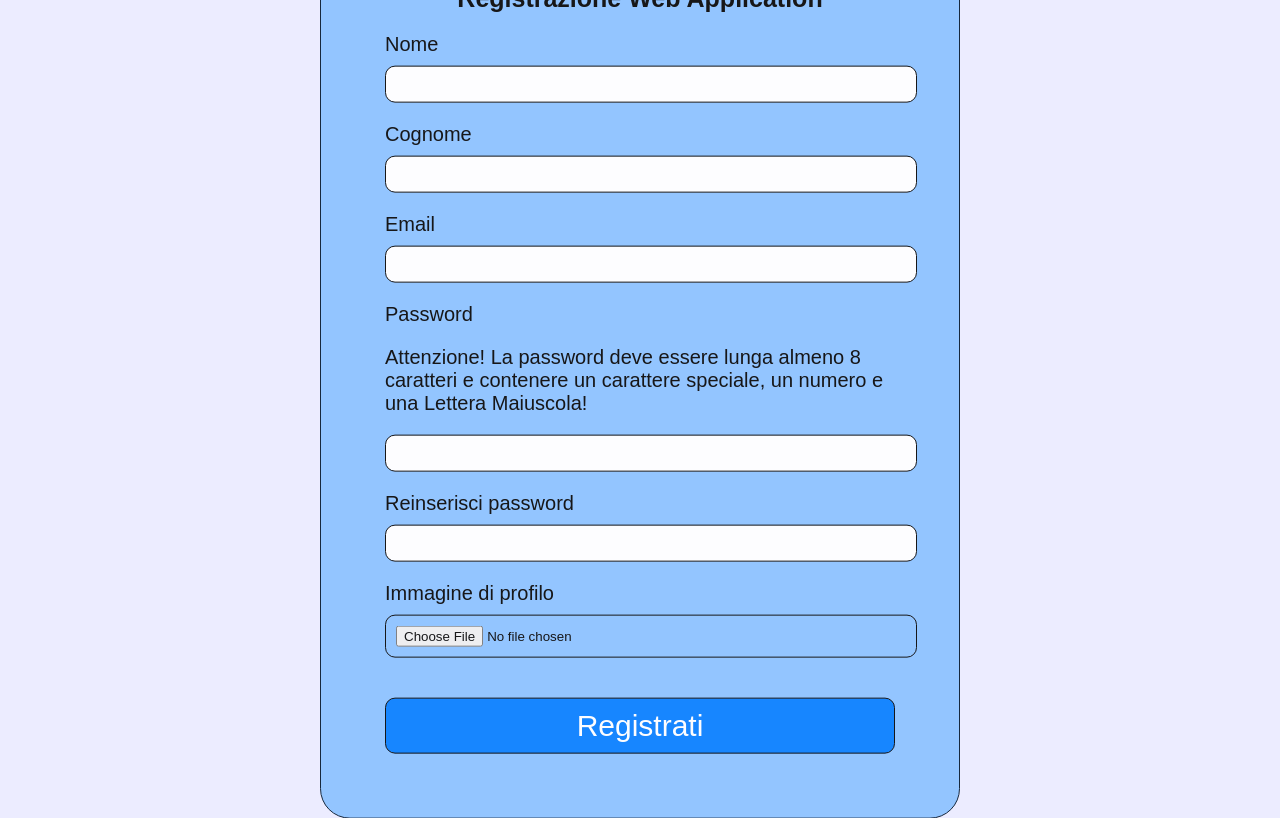
Repository: GabrielCellammare/WebApplication-SA-CyberSecurity
Page: http://localhost/WebProject-CellammareGabriel_ApplicationSecurity_/registration.jsp
An editor plug-in stored every save of this project. The page is shown before and after the next save, followed by the edit.
The browser window is 1280 px wide. The pictures show the whole page.
The page is served by Tomcat 9. Nobody is signed in. The application's start-up code is not run.

Above is the page before, as saved 2024-03-09 07:49:34.

After the next save:
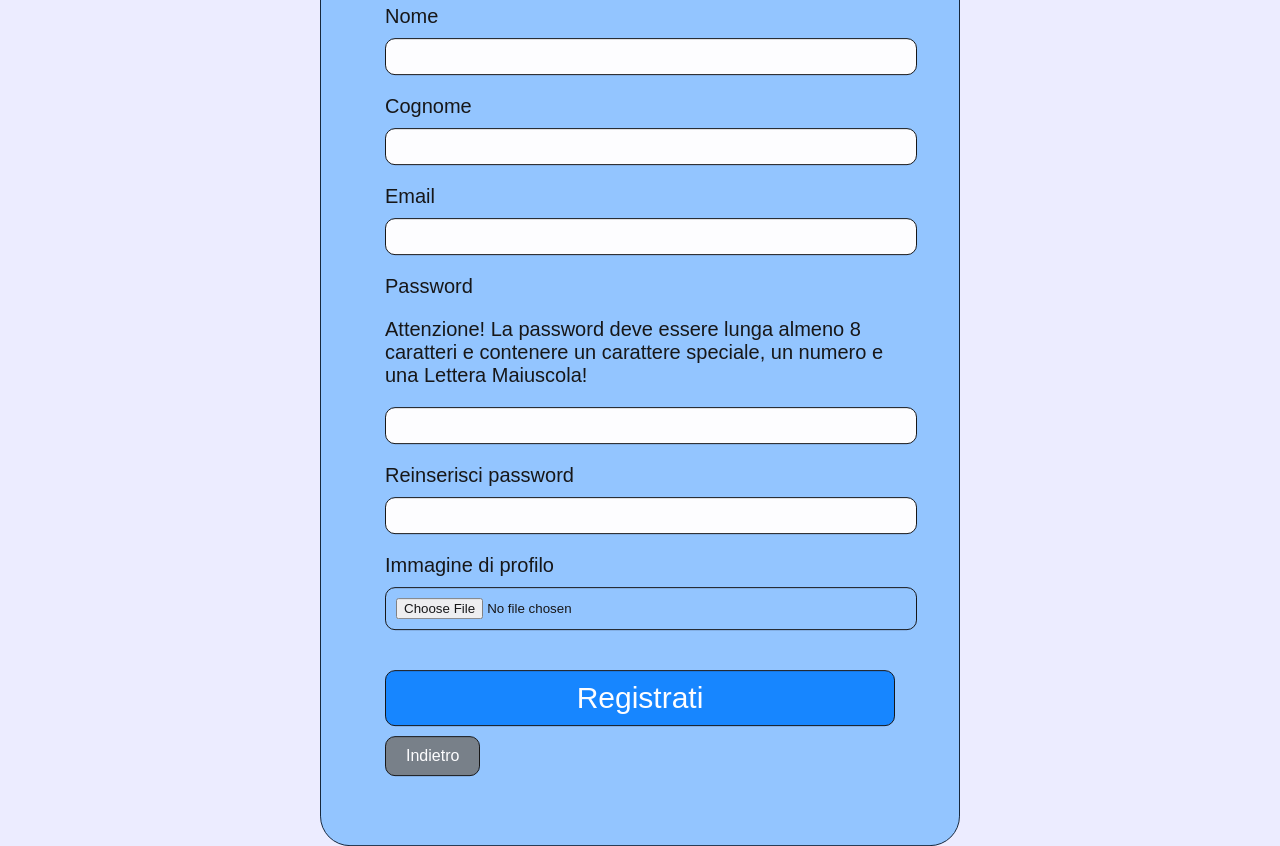
Saved 16 s later.
--- a/WebProject-CellammareGabriel(ApplicationSecurity)/WebContent/registration.jsp
+++ b/WebProject-CellammareGabriel(ApplicationSecurity)/WebContent/registration.jsp
@@ -38,6 +38,7 @@
                     <input type="file" name="image" id="image">
                 </div>
                 <input type="submit" value="Registrati">
+                 <a href="index.jsp" class="btn">Indietro</a>
             </form>
 
         </div>
